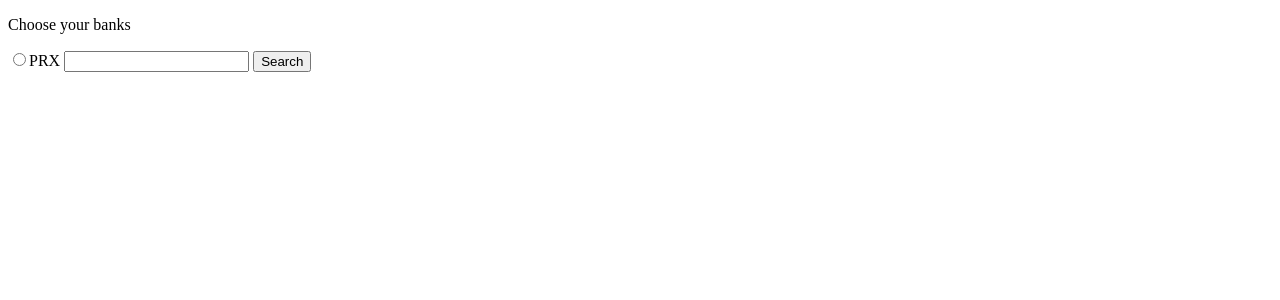
Repository: KingWisdomDEV/kingwisdomdev.github.io
Page: search-keys/index.html
An editor plug-in stored every save of this project. The page is shown before and after the next save, followed by the edit.
The browser window is 1280 px wide. The pictures show the whole page.

Above is the page before, as saved 2022-03-27 11:12:32.

After the next save:
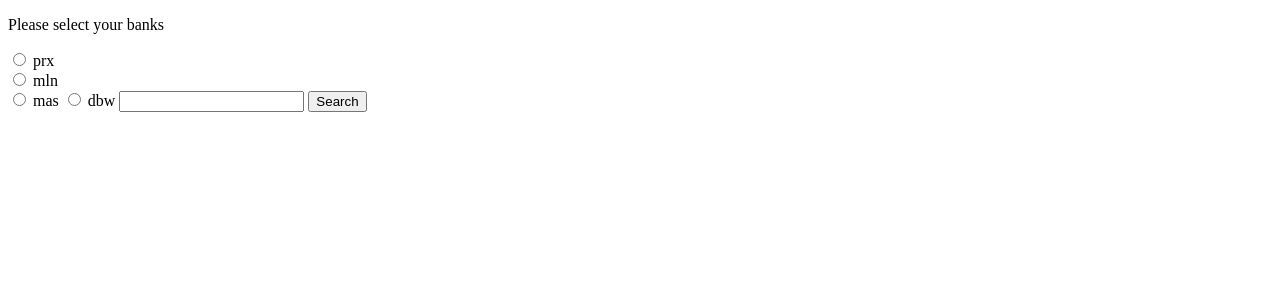
Saved 2 min 59 s later.
--- a/search-keys/index.html
+++ b/search-keys/index.html
@@ -9,9 +9,17 @@
 </head>
 
 <body>
-    <p>Choose your banks</p>
-    <input type="radio" name="bankName" value="PRX">PRX
-    <input type="text" id="keywords"/>
+    <p>Please select your banks</p>
+    <input type="radio" id="prx" name="bankName" value="prx">
+    <label for="prx">prx</label><br>
+    <input type="radio" id="mln" name="bankName" value="mln">
+    <label for="mln">mln</label><br>
+    <input type="radio" id="mas" name="bankName" value="mas">
+    <label for="mas">mas</label>
+    <input type="radio" id="dbw" name="bankName" value="dbw">
+    <label for="dbw">dbw</label>
+
+    <input type="text" id="keywords" />
     <button id="btn-search">Search</button>
 
     <div id="result">
